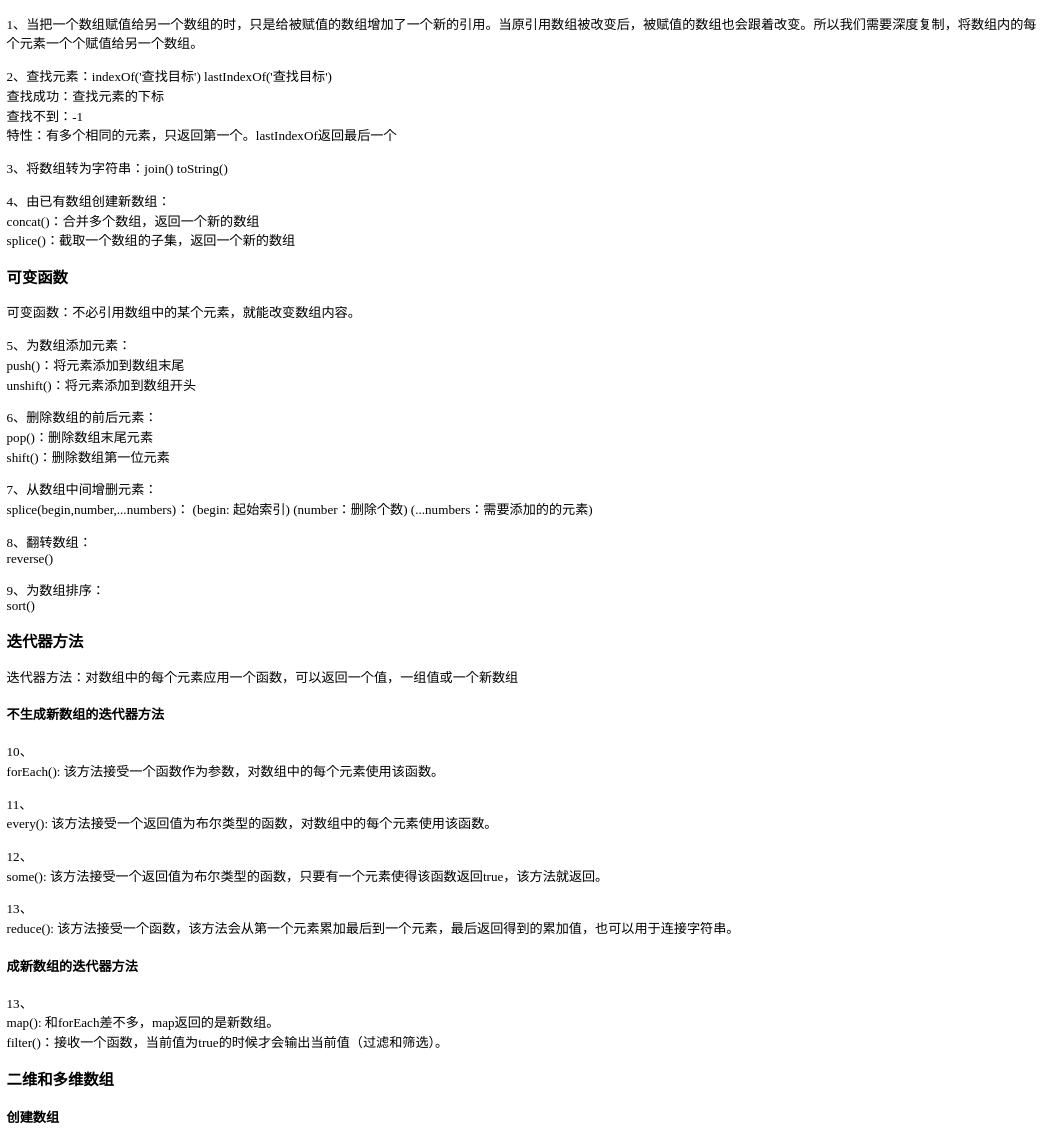
Repository: 15878162243/nodejsNote
Page: node方法.html
An editor plug-in stored every save of this project. The page is shown before and after the next save, followed by the edit.
The browser window is 1280 px wide. The pictures show the whole page, at 82% of full size.

Above is the page before, as saved 2022-09-25 15:37:51.
Console error: TypeError: undefined is not a function

After the next save:
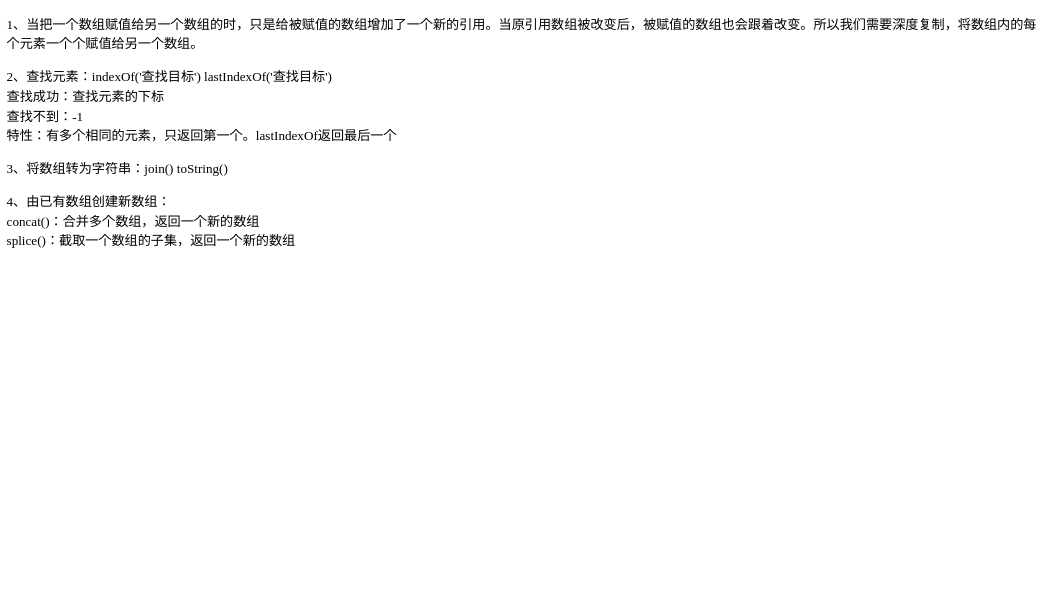
The error is gone.
Saved 14 s later.
--- a/node方法.html
+++ b/node方法.html
@@ -57,115 +57,7 @@
 			splice()：截取一个数组的子集，返回一个新的数组<br />
 		</p>
 
-		<h3>可变函数</h3>
-		可变函数：不必引用数组中的某个元素，就能改变数组内容。
 
-		<p>5、为数组添加元素：<br />
-			push()：将元素添加到数组末尾<br />
-			unshift()：将元素添加到数组开头<br />
-		</p>
-		<script>
-			let num = [3,4,5]
-			num.unshift(1,2) 	// 可同时添加多个
-			// 当字符串和数组一起输出时，会直接输出整个字符串 // word 5: 1,2,3,4,5
-			console.log('word 5:', num)	// [1, 2, 3, 4, 5]
-		</script>
-
-		<p>6、删除数组的前后元素：<br />
-			pop()：删除数组末尾元素<br />
-			shift()：删除数组第一位元素<br />
-		</p>
-
-		<p>7、从数组中间增删元素：<br />
-			splice(begin,number,...numbers)：
-			(begin: 起始索引)
-			(number：删除个数)
-			(...numbers：需要添加的的元素)
-			<br />
-		</p>
-
-		<p>8、翻转数组：<br />
-			reverse()<br />
-		</p>
-
-		<p>9、为数组排序：<br />
-			sort()<br />
-		</p>
-		<script>
-			let arr9 = [3,100,2,200,1,300]
-			console.log('word 9: ',arr9.sort()) // [1, 100, 2, 200, 3, 300]
-			console.log('word 9: ',arr9.sort(compare)) // [1, 2, 3, 100, 200, 300]
-
-			// 大小比较函数
-			function compare(num1,num2){
-				return num1 - num2
-			}
-		</script>
-
-		<h3>迭代器方法</h3>
-		迭代器方法：对数组中的每个元素应用一个函数，可以返回一个值，一组值或一个新数组
-		<h4>不生成新数组的迭代器方法</h4>
-		<p>10、<br />
-			forEach(): 该方法接受一个函数作为参数，对数组中的每个元素使用该函数。
-		</p>
-		<script>
-			function square(num){
-				console.log('word 10: ', num, num * num)
-			}
-			let num10 = [1, 2, 3, 4, 5]
-			num10.forEach(	)
-		</script>
-
-		<p>11、<br />
-			every(): 该方法接受一个返回值为布尔类型的函数，对数组中的每个元素使用该函数。
-		</p>
-		<script>
-			function isEven(num){
-				return num % 2 == 0
-			}
-			let num11 = [2, 4, 6, 8]
-			let even = num11.every(isEven)
-			if(even){
-				console.log('word 11: all')
-			}else{
-				console.log('word 11: not')
-			}
-		</script>
-
-		<p>12、<br />
-			some(): 该方法接受一个返回值为布尔类型的函数，只要有一个元素使得该函数返回true，该方法就返回。
-		</p>
-		<script>
-			function isEven(num){
-				return num % 2 == 0
-			}
-			let num12 = [2,4,6,8,10]
-			let num121 = [1,3,5,7,9]
-			console.log('word 12: ',num12.some(isEven))   // true
-			console.log('word 12: ',num121.some(isEven))	// false
-		</script>
-
-		<p>13、<br />
-			reduce(): 该方法接受一个函数，该方法会从第一个元素累加最后到一个元素，最后返回得到的累加值，也可以用于连接字符串。
-		</p>
-		<script>
-			function add(add1,add2){
-				return add1 + add2
-			}
-			let num13 = [1,2,3,4,5,6,7,8,9,10]
-			let reduce13 = ["daom","fhjak","vnska","daom"]
-			console.log('word 13: ',num13.reduce(add)) // 55
-			console.log('word 13: ',reduce13.reduce(add)) // daomfhjakvnskadaom
-		</script>
-
-		<h4>成新数组的迭代器方法</h4>
-		<p>13、<br />
-			map(): 和forEach差不多，map返回的是新数组。<br/>
-			filter()：接收一个函数，当前值为true的时候才会输出当前值（过滤和筛选）。
-		</p>
-
-		<h3>二维和多维数组</h3>
-		<h4>创建数组</h4>
 
 	</body>
 </html>
